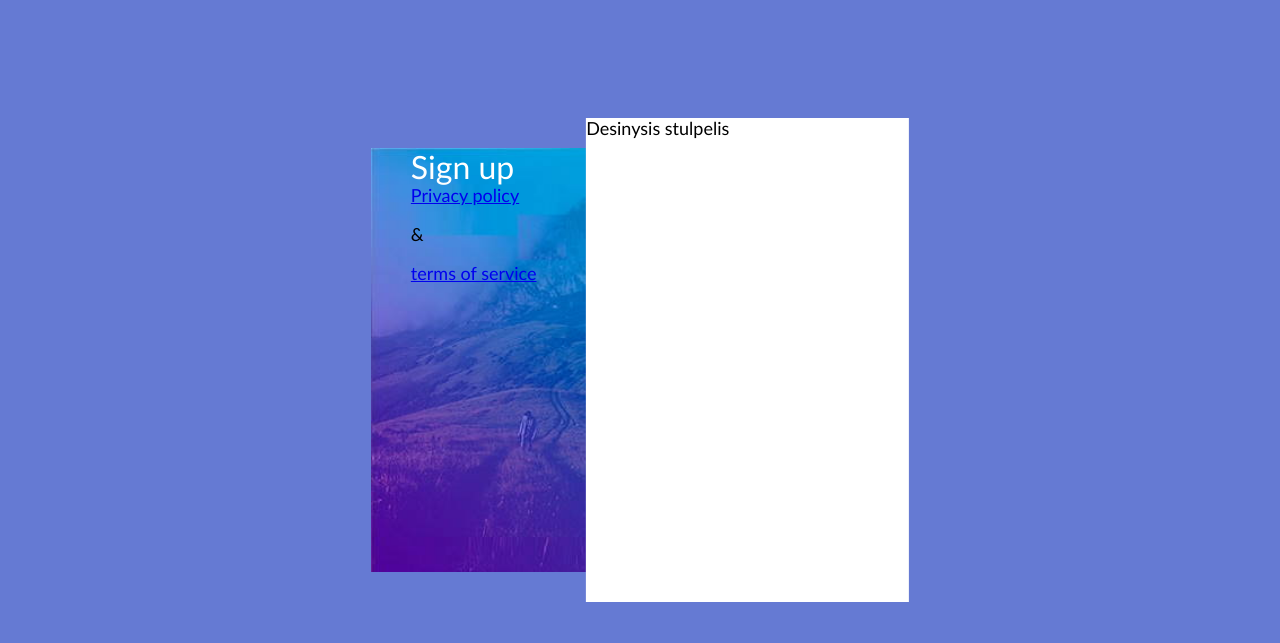
Repository: motiejus1/11-paskaita-adobexd-registracija
Page: index.html
These files come from the project's save history. The page is drawn as it stood at one moment and after a run of saves; the edit follows.
The browser window is 1280 px wide. The pictures show the whole page.

Above is the page before, as saved 2021-06-17 19:07:17.

### index.html
<!DOCTYPE html>
<html lang="en">
<head>
    <meta charset="UTF-8">
    <meta http-equiv="X-UA-Compatible" content="IE=edge">
    <meta name="viewport" content="width=device-width, initial-scale=1.0">
    <title>Registracija</title>
    <style>
        html {
            font-size: 18px;
        }

        body {
            max-width: 1920px;
            background-color: #657AD3;
            font: normal normal normal 1rem/1.1667rem Gill Sans MT;
        }

        .container {
            width: 42.05%;
            position: absolute;
            top: 50%;
            left: 50%;
            transform: translate(-50%, -50%);
        }

        .left-column, .right-column {
            float:left;
            height: 26.8889rem;
        }

        .left-column {
            background-color: transparent;
            width: 40%;

        }

        .right-column {
            width: 60%;
            background-color: #fff;
        }

        .left-column-container {
            margin-top: 1.6667rem;
            height: 23.5556rem;
            background-color: #fff;
            background: transparent url('img/mountain.png') 0% 0% no-repeat padding-box;
            background-size: cover;
            padding-left: 2.2222rem;
        }

        h1 {
            font: normal normal normal 1.7778rem/2.0556rem Gill Sans MT;
            color: #FFFFFF;
            margin: 0;
        }

    </style>

</head>
<body>

    <div class="container">

        <div class="left-column">
            <div class="left-column-container">
                <h1>Sign up</h1>

                <div class="links">
                    <a href="#">Privacy policy</a>
                    <p>&</p>
                    <a href="#">terms of service</a>
                </div>
            </div>
        </div>
        <div class="right-column">Desinysis stulpelis</div>
    </div>

</body>
</html>

After the next 2 saves:
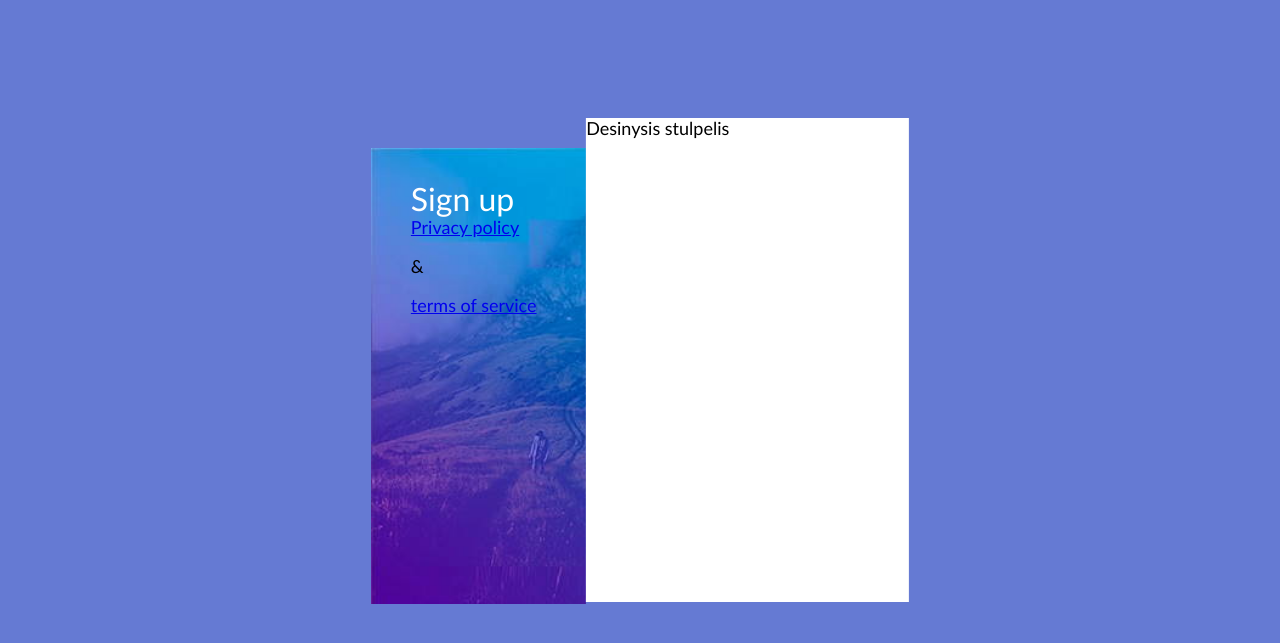
The 2 saves are shown as one change because they came seconds apart.
The last was saved 82 s later.
--- a/index.html
+++ b/index.html
@@ -47,6 +47,7 @@
             background: transparent url('img/mountain.png') 0% 0% no-repeat padding-box;
             background-size: cover;
             padding-left: 2.2222rem;
+            padding-top: 32px;
         }
 
         h1 {
